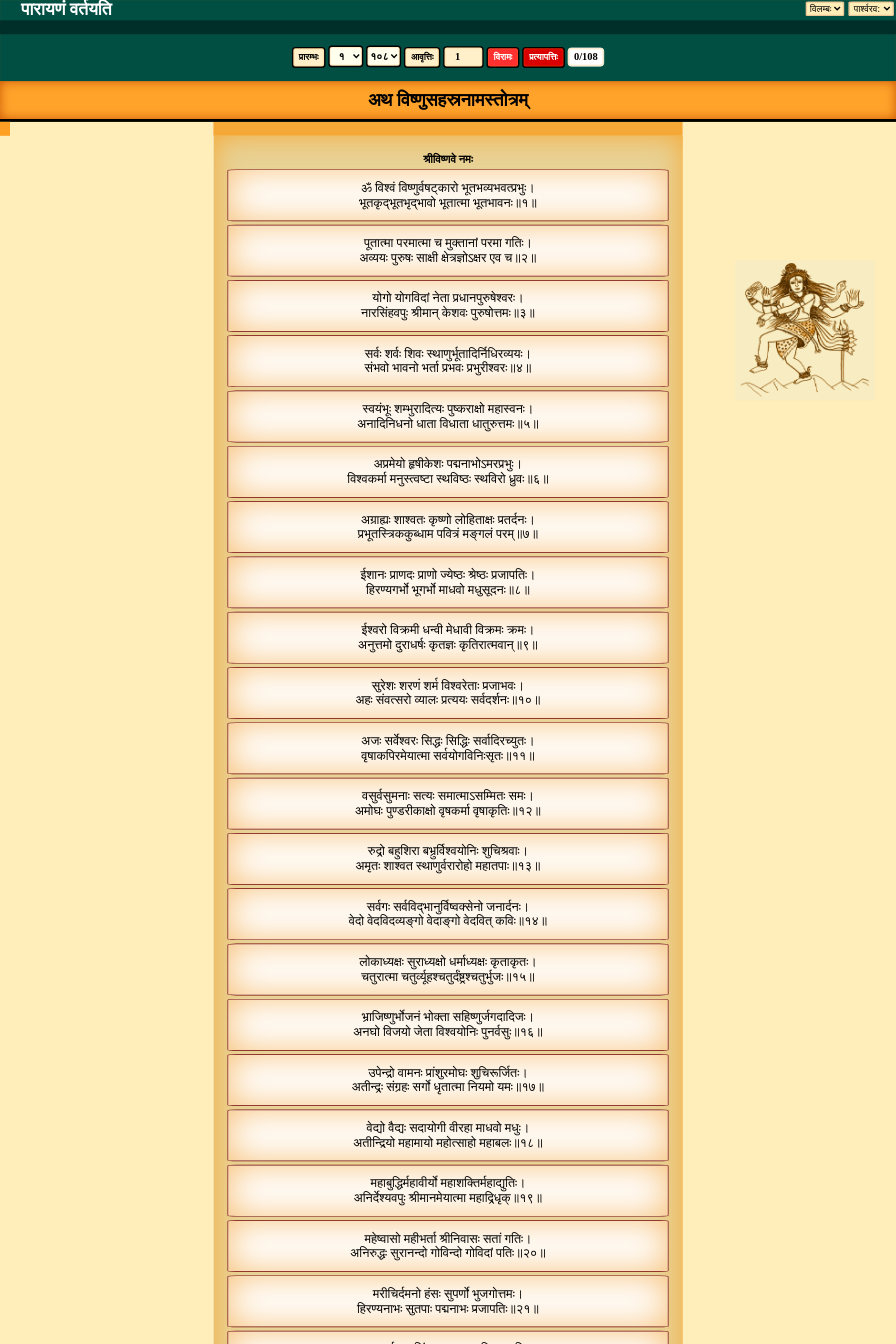
Repository: arshavak/vishnu-sahasranam
Page: index.html
An editor plug-in stored every save of this project. The page is shown before and after the next save, followed by the edit.
The browser window is 1280 px wide. The pictures show the part of the page from y = 0 to 1920 px (the page is 8831 px tall before and 8853 px after), at 70% of full size.

Above is the page before, as saved 2024-12-30 13:32:04.
Not found: scripts/sanskrittime.js

After the next save:
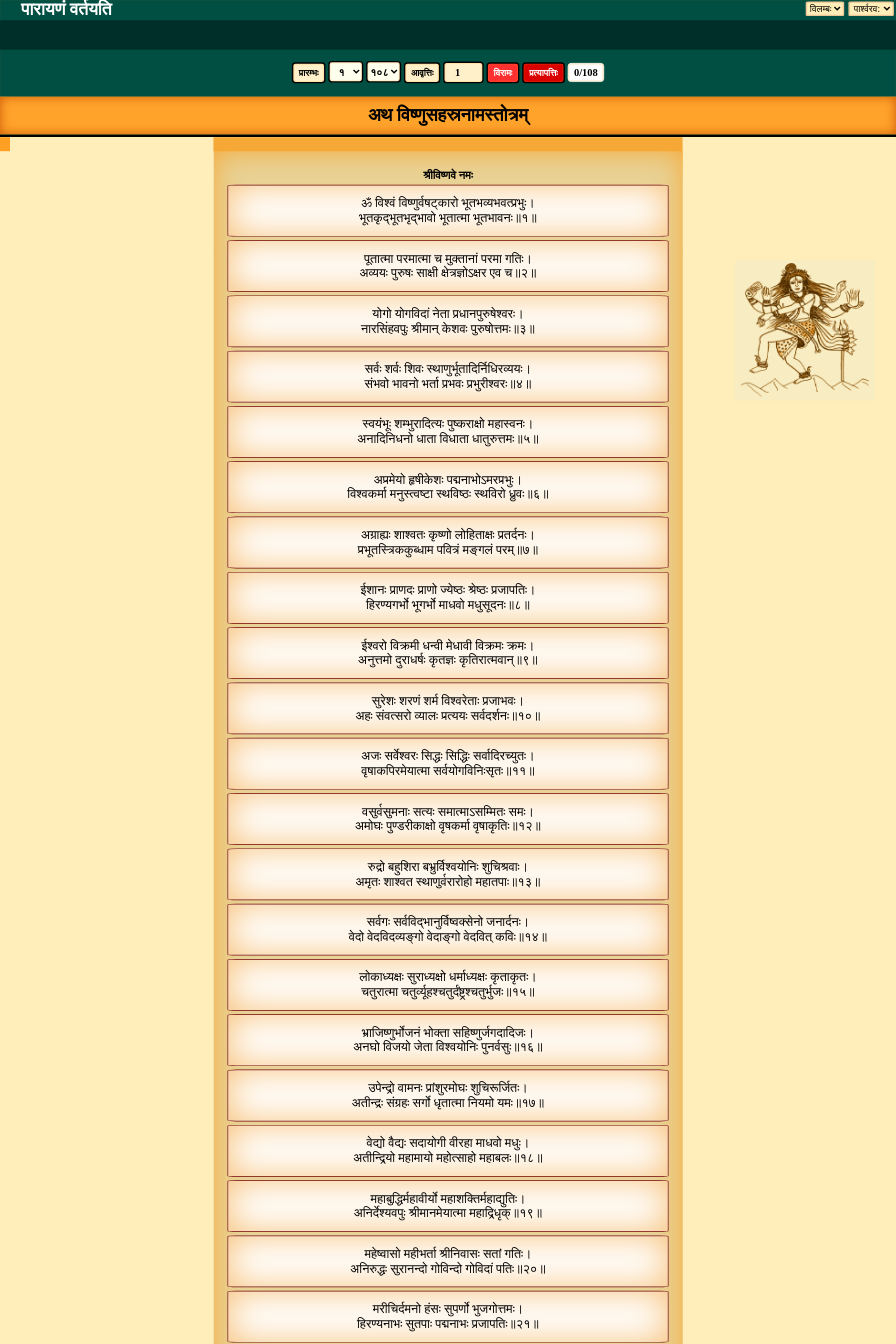
Saved 3 min 17 s later.
--- a/index.html
+++ b/index.html
@@ -26,7 +26,11 @@
         <option value="10">10s</option>
       </select>
   </div>
-    <div class="topnavbar"></div>
+    <div class="topnavbar">
+      <marquee>
+        gfhgfhgf jhgjhg
+      </marquee>
+    </div>
       <input name="play_button" class="psuGrup play" type="button" value="प्रारम्भः"/>
       <select  id="selector1" class="From selector FromAndTo"></select>
       <select  id="selector2" class="To selector FromAndTo"></select>
